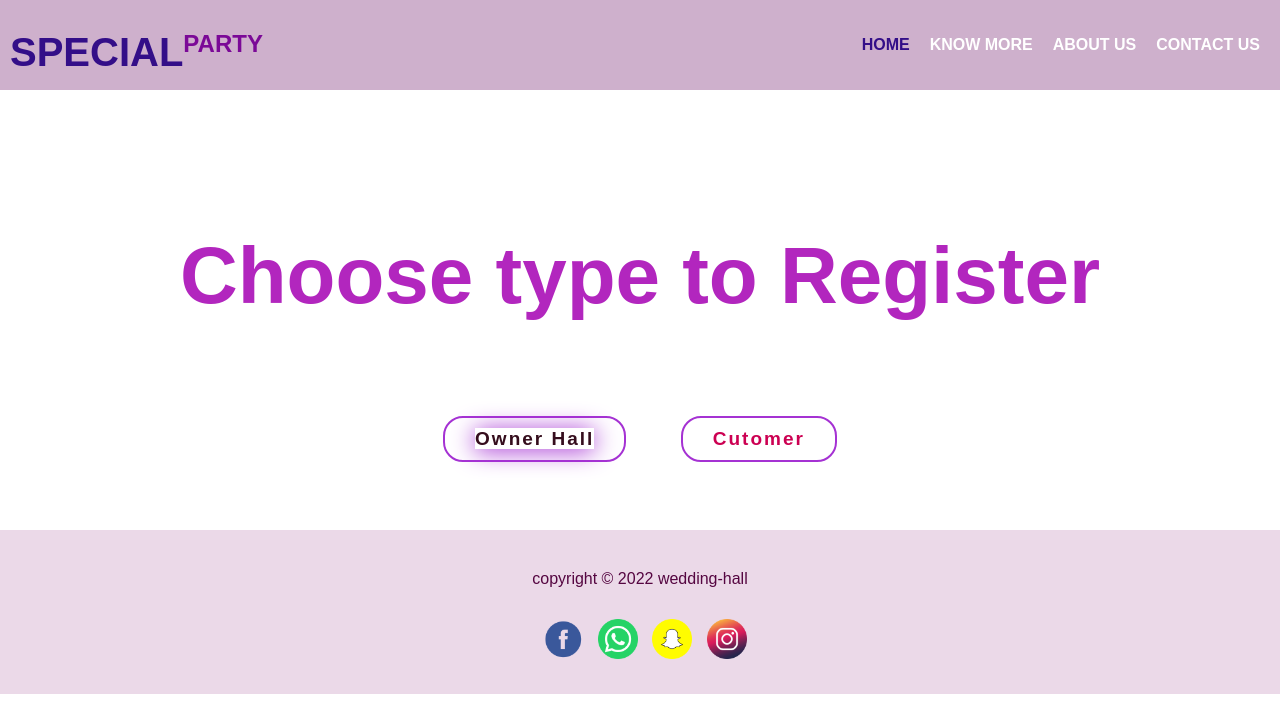
Repository: special4Party/Graduation-project-wedding-hall
Page: http://localhost/include/temp/choosing_type_signup.html
An editor plug-in stored every save of this project. The page is shown before and after the next save, followed by the edit.
The browser window is 1280 px wide. The pictures show the whole page.
The pointer rests on the first visible `.btn a`.
The page is run by PHP 8.4 with error messages shown; the project is at /var/www/html/.

Above is the page before, as saved 2022-04-14 14:32:43.

### include/temp/choosing_type_signup.html
<!DOCTYPE html>
<html lang="en">
<head>
    <meta charset="UTF-8">
    <link rel="stylesheet" href="/layout/css/type_signup.css">
    <link rel="stylesheet" href="/layout/css/normalize.css">

    <title>type sign up</title>
</head>
<body>
    <!-- start header -->
     <div class="header">
			<div class="navbar">
				<div class="container">

					<h2 > <span>Special</span>  Party </h2>
					<ul>
						<li class="active"><a href="/index.html">Home</a> </li>
						<li><a href="/index.html#Know-more">Know More</a></li>
						<li><a href="/index.html#about-us-link">About us</a></li>
						<li><a href="/index.html#contact">contact us</a></li>
					</ul>
			    </div>
			</div>
	 </div>
	<!-- End header -->
<!-- ---------------------------------------------------------------- -->
<div class="container-body">
    <div class="content">
        <h1>Choose type to Register</h1>
        <button class="btn"><a href="#">Owner Hall</a></button>
        <button class="btn"><a href="/include/temp/register_customer.html">Cutomer</a></button>
    </div>
</div>

<!-- ---------------------------------------------------------------- -->
    <!-- start footer -->
<footer class="footer">
	<div class="container">
		<span>copyright &copy; 2022 wedding-hall</span>
		<ul>
			<li>
				<a href="http://facebook.com">
				    <img src="/images/img/face.png"alt="facebook">
			    </a>
			</li>
			<li>
				<a href="http://web.whatsapp.com">
				    <img src="/images/img/what.png"alt="whatsapp">
			    </a>
			</li>
			<li>
				<a href="http://accounts.snapchat.com">
			    	<img src="/images/img/snap.png"alt="snapchat">
			    </a>
			</li>
			<li>
				<a href="http://www.instagram.com">
					<img src="/images/img/insta.png"alt="instagram">
				</a>
			</li>
		</ul>
	</div>
</footer>

	<!-- End footer-->
</body>
</html>

### layout/css/type_signup.css



/* ----------------------------------------- */
/* Start header */
    .header .navbar{
    background-color: rgb(206, 176, 204);
    color: rgb(123, 9, 151);
    height: 70px;
    padding: 10px;
    overflow: hidden;
    }

    .header .navbar h2{
        float: left;
        text-transform: uppercase;
    }

    .header .navbar h2 span{
    float: left;
    color: rgb(51, 14, 136);
    font-size: 40px;
    }

    .header .navbar ul{
    list-style: none;
    padding-left: 0px;
    overflow: hidden;
    float: right;
    }

    .header .navbar ul li {
        float: left;
        padding: 10px;
        text-transform: uppercase;

    }

    .header .navbar ul li a {
    color: white;
    text-decoration: none;
    font-weight: bold;
    }

    .header .navbar ul li.active a,
    .header .navbar ul li a:hover {
        color: rgb(51, 14, 136);
    }
    .header .navbar ul li.active a:hover{
        color: #880d80;
    }
    /* End header */
/* ----start body----- */
.container-body{
        width: 1170px;
        margin: auto;
        height: 300px;
}
.content{
    text-align: center;
    margin-top: 12%;
}
.content h1{
    font-size: 80px;
    color: rgb(178, 38, 190);
}
.btn{
    cursor: pointer;

    font-size: 19px;
    letter-spacing: 2px;
    padding: 10px 30px;
    border: 2px solid #a532d3;
    background: transparent;
    text-decoration: none;
    text-align: center;
    font-weight: bold;
    margin: 40px 25px;
    border-radius: 20px;
}
.btn a:hover{
    color: #350d1d;

    box-shadow: 0px 2px 25px #a532d3;

}
.btn a{
    color: #cc0052;
    text-decoration: none;
    text-decoration-line: none;
}



/* ---end body------ */






    /* start footer*/
.footer{
    background-color:rgb(235, 217, 232);
    padding: 10px ;
    overflow: hidden;
    text-align: center;
}

.footer span{
    float: right;
    padding-top: 30px;
    padding-bottom: 10px;
    width: 100%;
    color: #550641;
}

.footer ul{
    width: 100%;
    list-style: none;
    padding-left: 0px;
    float: right;
}

.footer ul li{
   display: inline-block;
   width: 40px;
   margin:0px 5px 0px ;
}

.footer ul li img{
    width: 100%;
    padding: 5px;
}
.footer ul li img:hover{
    border: 0px solid rgb(223, 85, 188);
    border-radius: 40px;
    box-shadow: 0px 1px 15px rgb(149, 9, 177);
}
/* End footer*/

Loaded but not shown: layout/css/normalize.css (library)

After the next save:
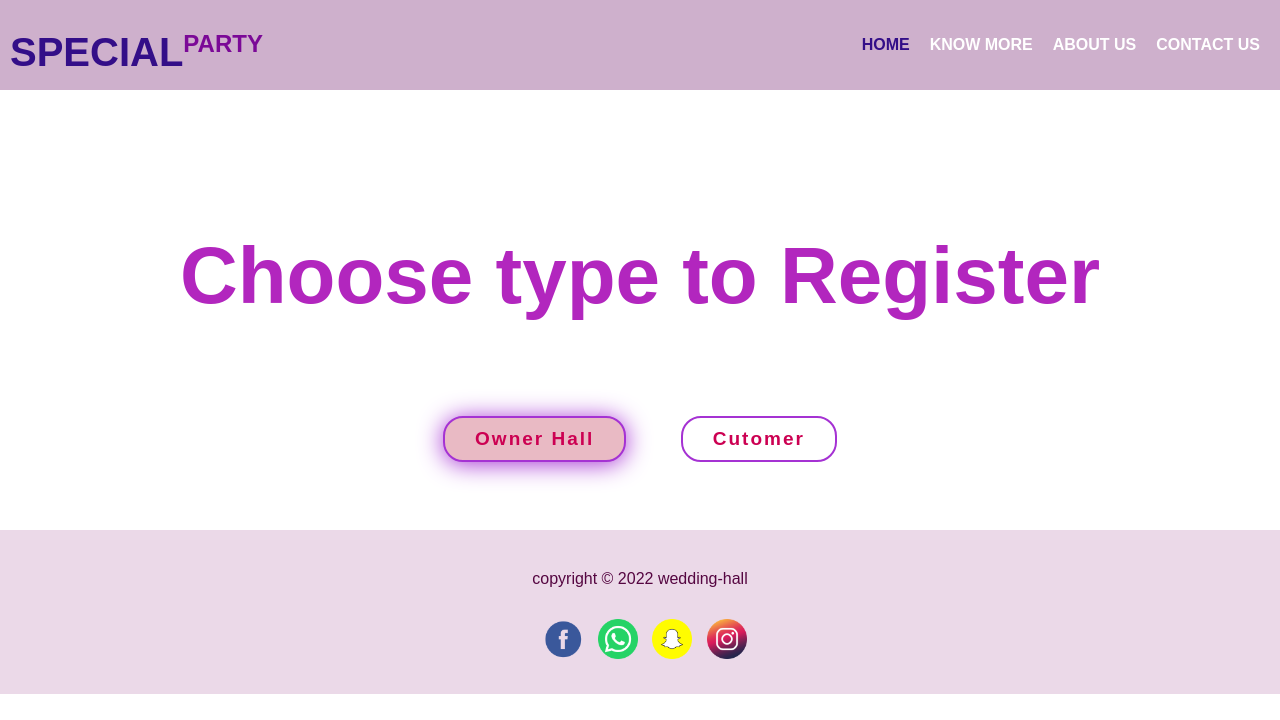
Saved 5 s later.
--- a/layout/css/type_signup.css
+++ b/layout/css/type_signup.css
@@ -78,9 +78,9 @@
     margin: 40px 25px;
     border-radius: 20px;
 }
-.btn a:hover{
+.btn:hover{
     color: #350d1d;
-
+    background-color: rgb(233, 186, 196);
     box-shadow: 0px 2px 25px #a532d3;
 
 }
